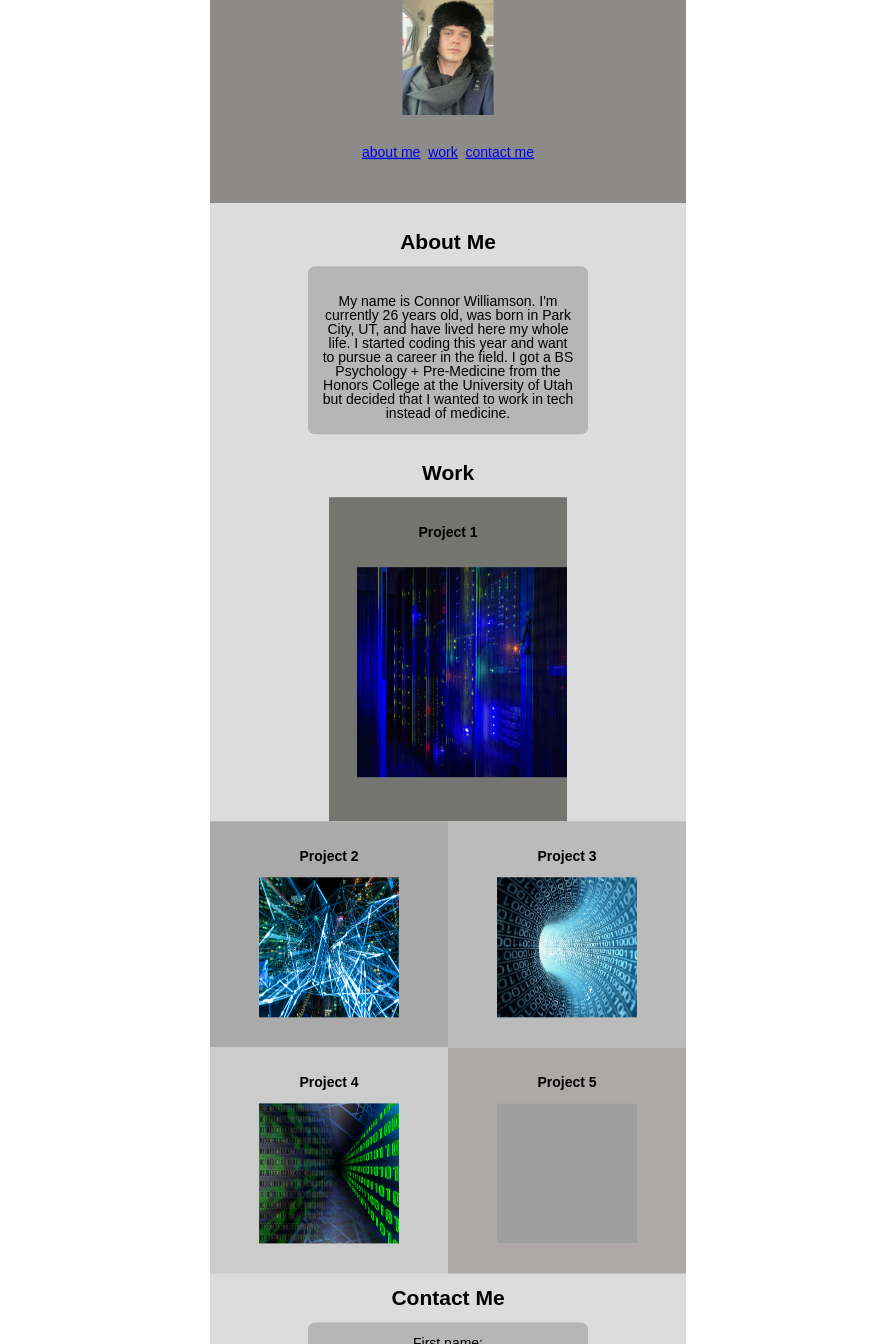
Repository: u0914295/challenge-2
Page: index.html
These files come from the project's save history. The page is drawn as it stood at one moment and after the next save; the edit follows.
The browser window is 1280 px wide. The pictures show the part of the page from y = 455 to 2375 px (the page is 2891 px tall), at 70% of full size.
Pictures or frames that could not be fetched are drawn as grey boxes.

Above is the page before, as saved 2023-08-08 20:53:13.

### index.html
<!DOCTYPE html>
<html lang="en">
  <head>
    <meta charset="UTF-8" />
    <meta name="viewport" content="width=device-width, initial-scale=1.0" />
    <title>MyPortfolio</title>
    <link rel="stylesheet" href="./assets/reset.css" />
    <link rel="stylesheet" href="./assets/style.css" />
  </head>

  <body>
    <header>
      <h1>Connor Williamson</h1>
      <br />
      <img
        src="./assets/images/me.jpeg"
        alt="avatar"
        height="180px"
        width="130px"
      />
      <nav class="navbar">
        <ul class="link-group">
          <li class="link active"><a href="#section1">about me</a></li>
          <li class="link"><a href="#section2">work</a></li>
          <li class="link"><a href="#section3">contact me</a></li>
        </ul>
      </nav>
    </header>

    <main>
      <section>
        <article>
          <br />
          <br />
          <div class="about me" id="section1">
            <h2>About Me</h2>
          </div>
          <br />
          <div class="container">
            <br />
            <p>
              My name is Connor Williamson. I'm currently 26 years old, was born
              in Park City, UT, and have lived here my whole life. I started
              coding this year and want to pursue a career in the field. I got a
              BS Psychology + Pre-Medicine from the Honors College at the
              University of Utah but decided that I wanted to work in tech
              instead of medicine.
            </p>
          </div>
          <br />
          <br />
          <div class="work" id="section2">
            <h2>Work</h2>
          </div>
          <br />
          <div class="main-project">
            <h3>Project 1</h3>
            <br />
            <br />
            <p>
              <a href="https://u0914295.github.io/wikipedia-search-tool/">
                <img
                  src="./assets/images/data-5.jpg"
                  height="300px"
                  width="300px"
              /></a>
            </p>
            <br />
          </div>
          <div class="row">
            <div class="column" style="background-color: #aaa">
              <h3>Project 2</h3>
              <br />
              <p>
                <a href="https://limitless-sea-25303-7c8a3f9496d2.herokuapp.com/">
                  <img
                    src="./assets/images/data-1.jpg"
                    height="200px"
                    width="200px"
                /></a>
              </p>
            </div>
            <div class="column" style="background-color: #bbb">
              <h3>Project 3</h3>
              <br />
              <p>
                <a
                  href="https://developer.mozilla.org/en-US/docs/Web/JavaScript/Data_structures"
                >
                  <img
                    src="./assets/images/data-2.jpg"
                    height="200px"
                    width="200px"
                /></a>
              </p>
            </div>
          </div>

          <div class="row">
            <div class="column" style="background-color: #ccc">
              <h3>Project 4</h3>
              <br />
              <p>
                <a
                  href="https://developer.mozilla.org/en-US/docs/Learn/Getting_started_with_the_web/JavaScript_basics"
                >
                  <img
                    src="./assets/images/data-3.jpg"
                    height="200px"
                    width="200px"
                /></a>
              </p>
            </div>
            <div class="column" style="background-color: #aca6a6f1">
              <h3>Project 5</h3>
              <br />
              <p>
                <a href="https://developer.mozilla.org/en-US/docs/Web/HTML">
                  <img
                    src="./assets/images/data-4.jfif"
                    height="200px"
                    width="200px"
                /></a>
              </p>
            </div>
          </div>
          <br />
          <div class="contact-me" id="section3">
            <h2>Contact Me</h2>
          </div>
          <br />
          <div class="container">
            <form>
              <label for="fname">First name:</label><br />
              <input type="text" id="fname" name="fname" /><br />
              <label for="lname">Last name:</label><br />
              <input type="text" id="lname" name="lname" />

              <label for="subject">Subject</label>
              <textarea
                id="subject"
                name="subject"
                placeholder="Type here..."
                style="height: 200px"
              ></textarea>

              <input type="submit" value="Submit" />
            </form>
          </div>
          <br />
          <br />
        </article>
      </section>
    </main>
    <footer></footer>
  </body>
</html>

### assets/style.css
* {
  box-sizing: border-box;
}

body {
  font-family: Arial;
  margin: 300px;
}

section {
  font-size: 20px;
  text-align: center;
  background-color: gainsboro;
}

header {
  padding: 60px;
  text-align: center;
  background: #8d8a8a;
  color: #9794cc;
  font-size: 40px;
  image-resolution: ;
}

h2 {
  font-size: 30px;
}

h3 {
  font-size: 20px;
}

li {
  display: inline;
  list-style-type: none;
  font-size: 20px;
  text-align: center;
}

ul {
  text-align: center;
  color: #ffffff;
  padding-top: 20px;
}

.column {
  float: left;
  width: 50%;
  padding: 40px;
}

.column:hover {
  box-shadow: 0 16px 32px 0 rgb(0, 0, 0);
}

.row:after {
  content: "";
  display: table;
  clear: both;
}

.main-project {
  display: inline-flexbox;
  width: 50%;
  margin-right: auto;
  margin-left: auto;
  display: block;
  background-color: rgba(53, 53, 49, 0.625);
  padding: 40px;
}

.main-project:hover {
  box-shadow: 0 16px 32px 0 rgb(0, 0, 0);
}

@media screen and (max-width: 500px) {
  .column {
    width: 100%;
    padding: 40px;
  }
}

input[type="text"],
select,
textarea {
  width: 100%;
  padding: 10px;
  border: 1px solid #ccc;
  border-radius: 4px;
  box-sizing: border-box;
  margin-top: 6px;
  margin-bottom: 16px;
  resize: vertical;
}

input[type="submit"] {
  background-color: #683377;
  color: white;
  padding: 12px 20px;
  border: none;
  border-radius: 4px;
  cursor: pointer;
}

input[type="submit"]:hover {
  background-color: #b013ff;
}

.container {
  border-radius: 10px;
  margin-right: auto;
  margin-left: auto;
  display: block;
  background-color: #0704032c;
  padding: 20px;
  width: 400px;
}

Loaded but not shown: assets/reset.css (common file)

After the next save:
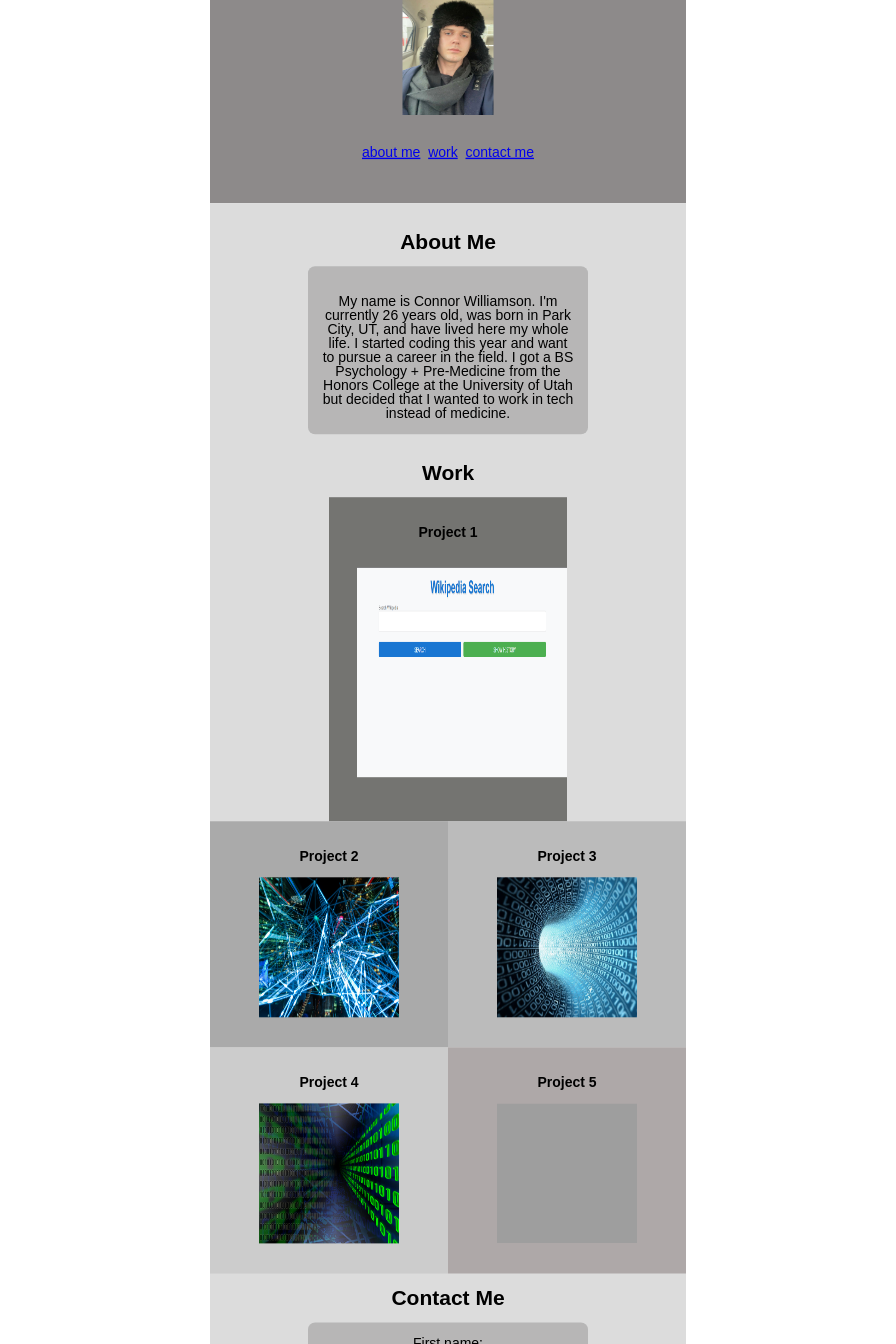
Saved 80 s later.
--- a/index.html
+++ b/index.html
@@ -60,7 +60,7 @@
             <p>
               <a href="https://u0914295.github.io/wikipedia-search-tool/">
                 <img
-                  src="./assets/images/data-5.jpg"
+                  src="./assets/images/data-5.png"
                   height="300px"
                   width="300px"
               /></a>
